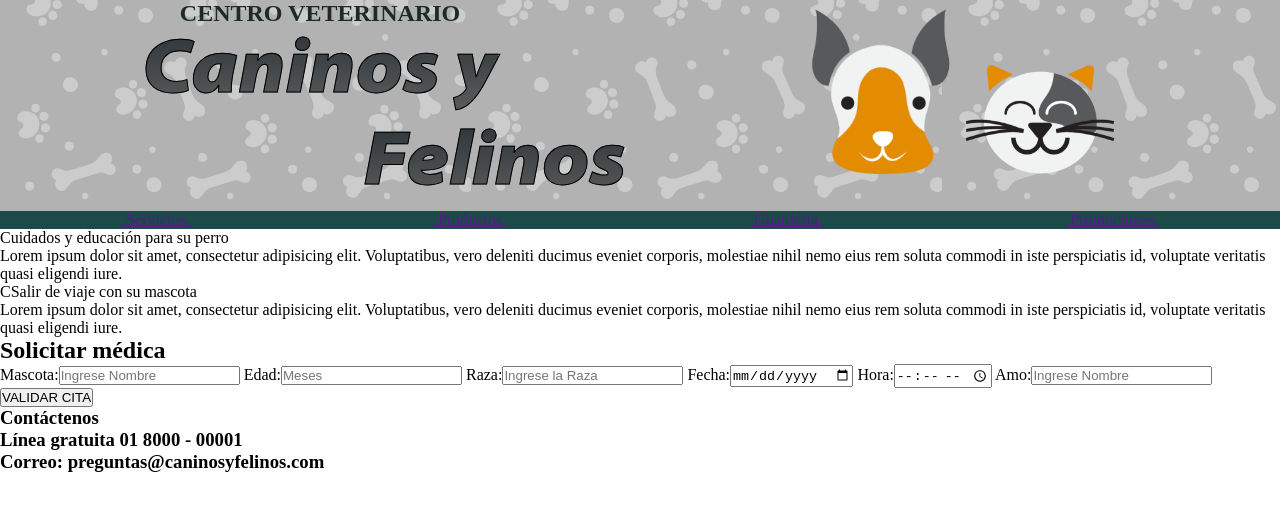
Repository: mariomr87/senaweb01
Page: principal.html
An editor plug-in stored every save of this project. The page is shown before and after the next save, followed by the edit.
The browser window is 1280 px wide. The pictures show the whole page.

Above is the page before, as saved 2021-10-23 08:02:03.

### principal.html
<!DOCTYPE html>
<html lang="en">
<head>
    <meta charset="UTF-8">
    <meta http-equiv="X-UA-Compatible" content="IE=edge">
    <meta name="viewport" content="width=device-width, initial-scale=1.0">
    <link rel="stylesheet" href="estilos.css">
    <title>Document</title>
</head>
<body>
    <div>
        <header>
            <div id="cabecera">
                <div class="header-text">
                    <h3>CENTRO VETERINARIO</h3>
                    <h1><span id="header-text-degrad">Caninos y <br><span id="text-felinos">Felinos</span></spa></h1>
                </div>
                <div class="header-img">
                    <img src="./imagenes/dog_white.png" alt="">
                    <img src="./imagenes/cat_white.png" alt="">
                </div>
            </div>
        </header>
        <nav>
            <td>
                <tr><a href="">.Servicios.</a></tr>
                <tr><a href="">.Productos.</a></tr>
                <tr><a href="">.Guardería.</a></tr>
                <tr><a href="">.Promociones.</a></tr>
            </td>
        </nav>
        <section>
            <article>
                <p>Cuidados y educación para su perro</p>
                <p>Lorem ipsum dolor sit amet, consectetur adipisicing elit. Voluptatibus, vero deleniti ducimus eveniet corporis, molestiae nihil nemo eius rem soluta commodi in iste perspiciatis id, voluptate veritatis quasi eligendi iure.</p>
            </article>
            <article>
                <p>CSalir de viaje con su mascota</p>
                <p>Lorem ipsum dolor sit amet, consectetur adipisicing elit. Voluptatibus, vero deleniti ducimus eveniet corporis, molestiae nihil nemo eius rem soluta commodi in iste perspiciatis id, voluptate veritatis quasi eligendi iure.</p>
            </article>
        </section>
        <aside>
            <form action="">
                <div><h2>Solicitar médica</h2></div>
                <div>
                    <label for="mascota_name">Mascota:</label><input type="text" placeholder="Ingrese Nombre" id="">
                    <label for="age_pet">Edad:</label><input type="number" name="" id="" placeholder="Meses">
                    <label for="raza_pet">Raza:</label><input type="text" name="" id="" placeholder="Ingrese la Raza">
                    <label for="fecha_ingreso_pet">Fecha:</label><input type="date" name="" id="">
                    <label for="hora_ingreso_pet">Hora:</label><input type="time" name="" id="">
                    <label for="amo_pet">Amo:</label><input type="text" name="" id="" placeholder="Ingrese Nombre">
                    <button type="submit">VALIDAR CITA</button>
                </div>
            </form>
        </aside>
        <footer>
            <h3>Contáctenos</h3>
            <h3>Línea gratuita 01 8000 - 00001</h3>
            <h3>Correo: preguntas@caninosyfelinos.com</h3>
        </footer>
    </div>
</body>
</html>

### estilos.css
*{
    margin: 0px;
    padding: 0px;
}

@font-face {
    font-family: Myriad_Pro ;
    src: url(./extra/MyriadProBlackSemiExtendedItalic.otf);
}

h1{
    font-family: Myriad_pro;
}
header div img{
    width: 10em;
}

header{

}

#cabecera{
    background-image: url("./imagenes/fondo.png");
    background-repeat: initial;
    width: 100%;
    display: flex;
    text-align: center;


}

.header-text,.header-img{
    width:50%;
}

.header-text h3{
    font-size: 1.5em;
    color:#1c2c24;
}

.header-text h1{
    font-size: 4.8em;
}

#header-text-degrad{
    background: linear-gradient(#30373b,#5c5c5c);
    -webkit-background-clip: text;
    -webkit-text-fill-color: transparent;
    -webkit-text-stroke: 1px black;
}

#text-felinos{
    margin-left: 350px;
}

nav{
    display: flex;
    flex-direction: row;
    justify-content: space-around;
    background: #1c4a48;
}

nav td tr a{
    color: #fff;
    text-decoration: none;
    font-size: 20px;
}

After the next save:
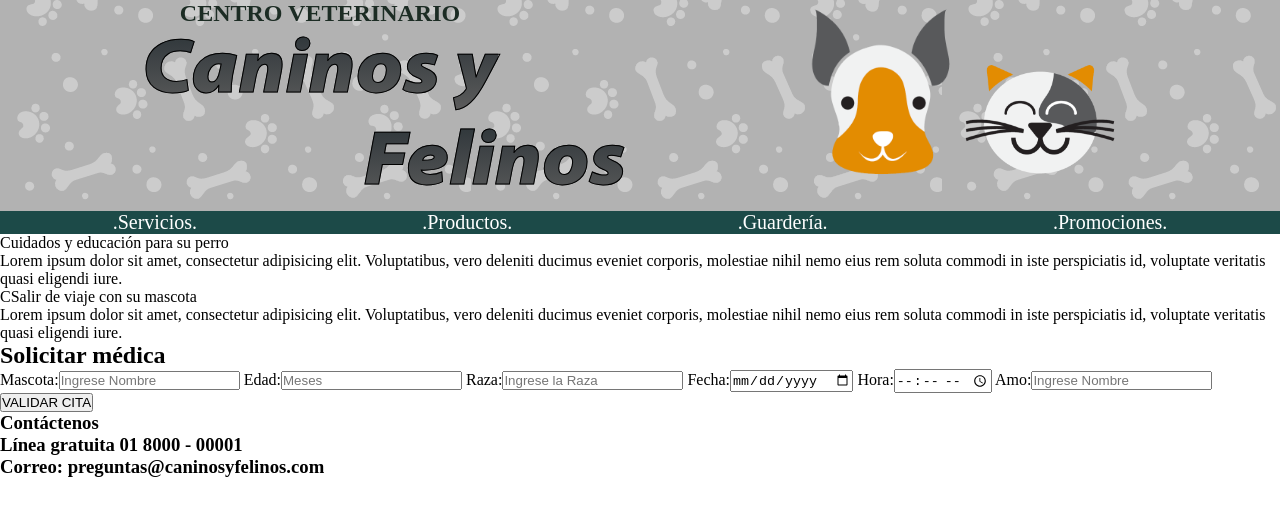
Saved 6 s later.
--- a/estilos.css
+++ b/estilos.css
@@ -60,7 +60,7 @@ nav{
     background: #1c4a48;
 }
 
-nav td tr a{
+nav a{
     color: #fff;
     text-decoration: none;
     font-size: 20px;
